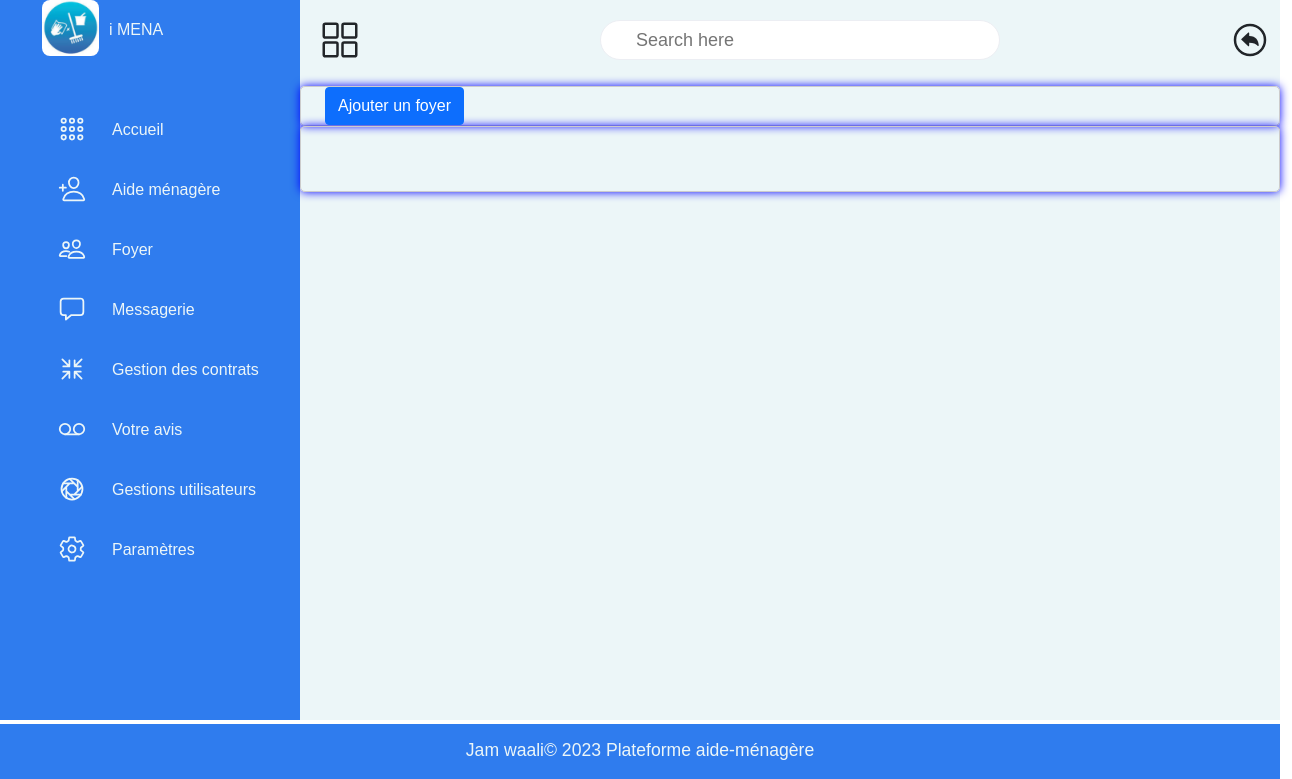
Repository: ibradicko384/soute
Page: http://localhost/backoffice/liste_foyer
These files come from the project's save history. The page is drawn as it stood at one moment and after a run of saves; the edit follows.
The browser window is 1280 px wide. The page is 1292 px wide, so the pictures cover 1292 px, including what lies to the right of the window. The pictures show the whole page.
Some web fonts or font styles are not loaded; a fallback is used. The page is served by the project's Laravel application, run on PHP 8.4 with Laravel 10. Queries for data that is not in the repository find no rows.

Above is the page before, as saved 2023-12-14 10:15:16.
Console error: ReferenceError: $ is not defined

After the next 2 saves:
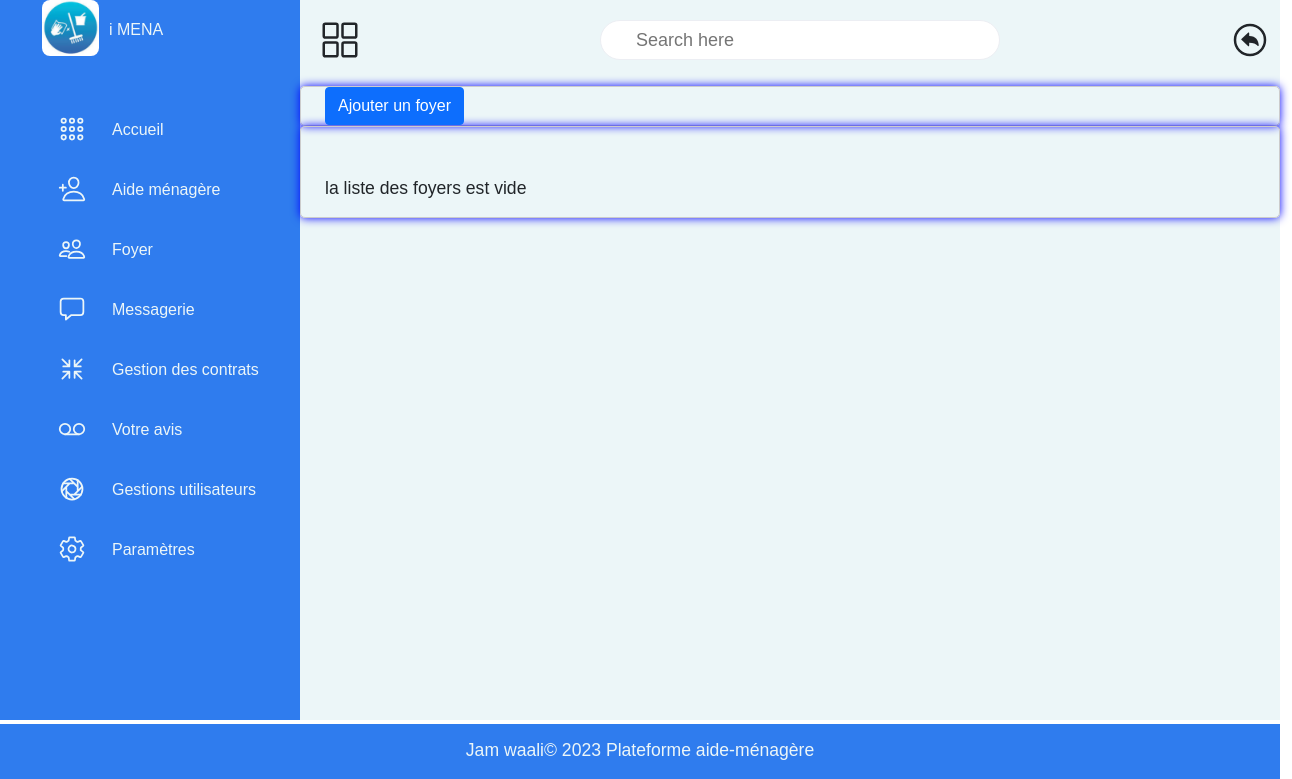
The 2 saves are shown as one change because they came seconds apart.
The last was saved 16 s later.
--- a/resources/views/backoffice/liste_foyer.blade.php
+++ b/resources/views/backoffice/liste_foyer.blade.php
@@ -12,7 +12,7 @@
 
                 @else
                     <p>
-
+                         la liste des foyers est vide
                     </p>
                 @endif
 
